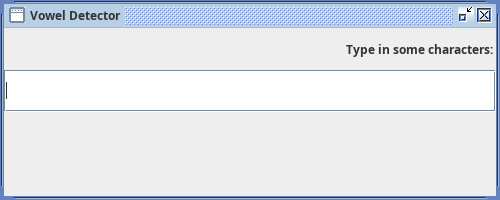
Repository: armandodollia/Java101
Program's window: java Lab5/src/isVowel.java
These files come from the project's save history. The program's window is drawn as it stood at one moment and after the next save; the edit follows.
It runs on Java 21 on a 1366 x 768 screen with the Metal look.

Above is the program's window before, as saved 2014-10-01 17:11:34.

After the next save:
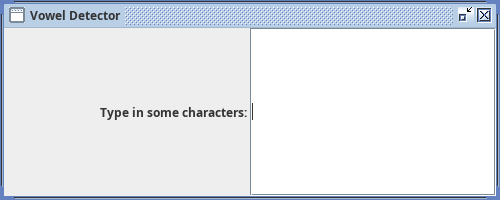
Saved 22 s later.
--- a/Lab5/src/isVowel.java
+++ b/Lab5/src/isVowel.java
@@ -18,7 +18,7 @@
 		character = new JLabel("Type in some characters: ", SwingConstants.RIGHT);
 
 		Container pane = getContentPane();
-		pane.setLayout(new GridLayout(4, 2));
+		pane.setLayout(new GridLayout(1, 2));
 		charInput = new JTextField(10);
 
 		pane.add(character);
